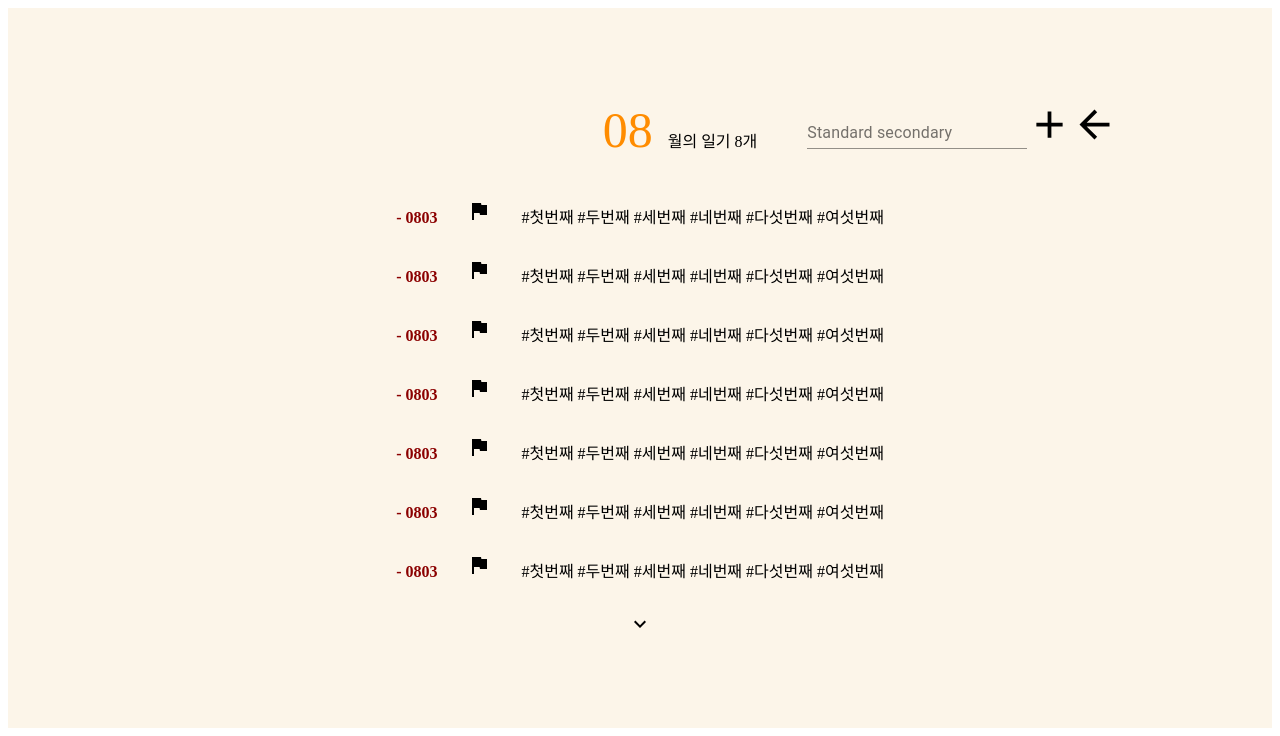
Repository: IMHANA/diary
Page: /list
An editor plug-in stored every save of this project. The page is shown before and after the next save, followed by the edit.
The browser window is 1280 px wide. The pictures show the whole page.
The project was rebuilt for these pictures with package versions that can differ from the ones it lists, and the page was loaded fresh each time. Also part of the build but not shown: src/App.css, src/pages/Main/main.js, src/pages/Month/month.js.

Above is the page before, as saved 2021-08-05 17:54:08.

After the next save:
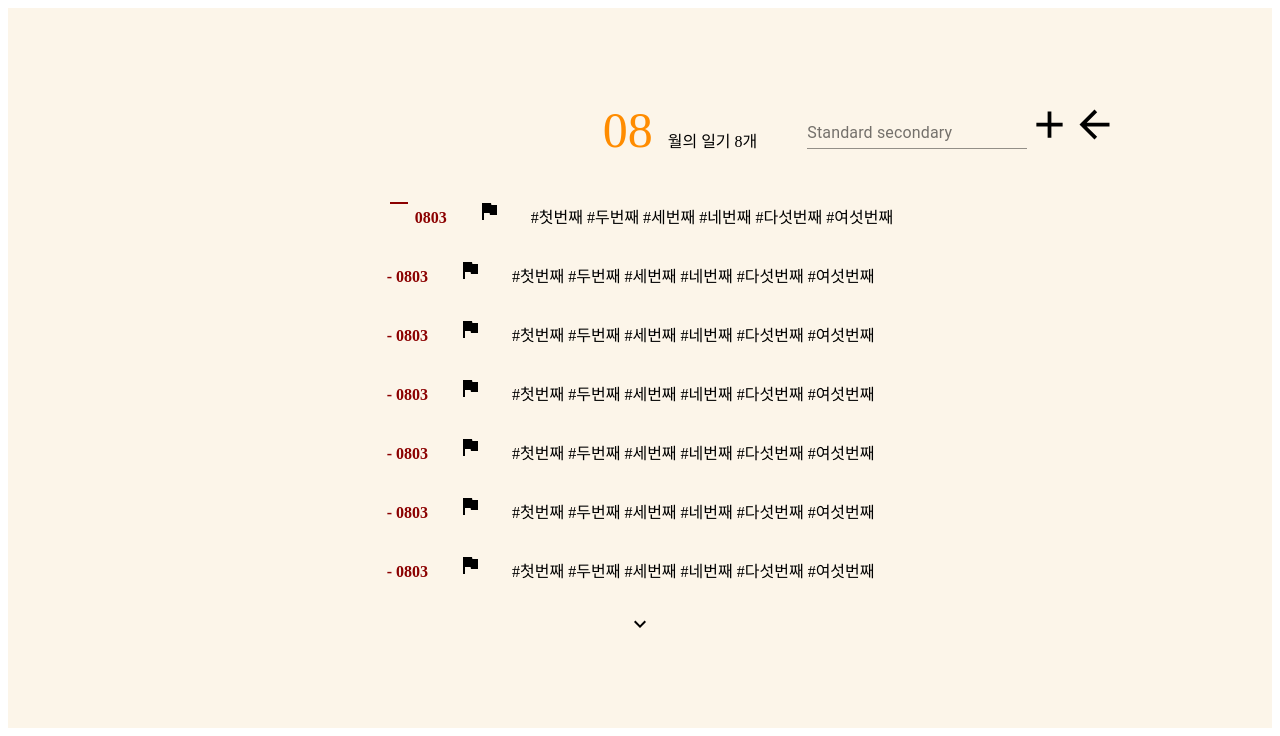
Saved 85 s later.
--- a/src/pages/DayList/dayList.js
+++ b/src/pages/DayList/dayList.js
@@ -1,5 +1,5 @@
 import React, { Component } from 'react';
-import { Add, ArrowBack , Flag, ExpandMore} from '@material-ui/icons'
+import { Add, ArrowBack , Flag, ExpandMore, Maximize } from '@material-ui/icons'
 import TextField from '@material-ui/core/TextField';
 import '../DayList/dayList.css';
 
@@ -19,7 +19,7 @@ export default class dayList extends Component {
                     ></div>
                     <div>
                         <div className='list_box'>
-                            <span className='date'>- 0803</span>
+                            <span className='date'><Maximize/> 0803</span>
                             <Flag className='icon'/>
                             <span>#첫번째 #두번째 #세번째 #네번째 #다섯번째 #여섯번째</span>
                         </div>
